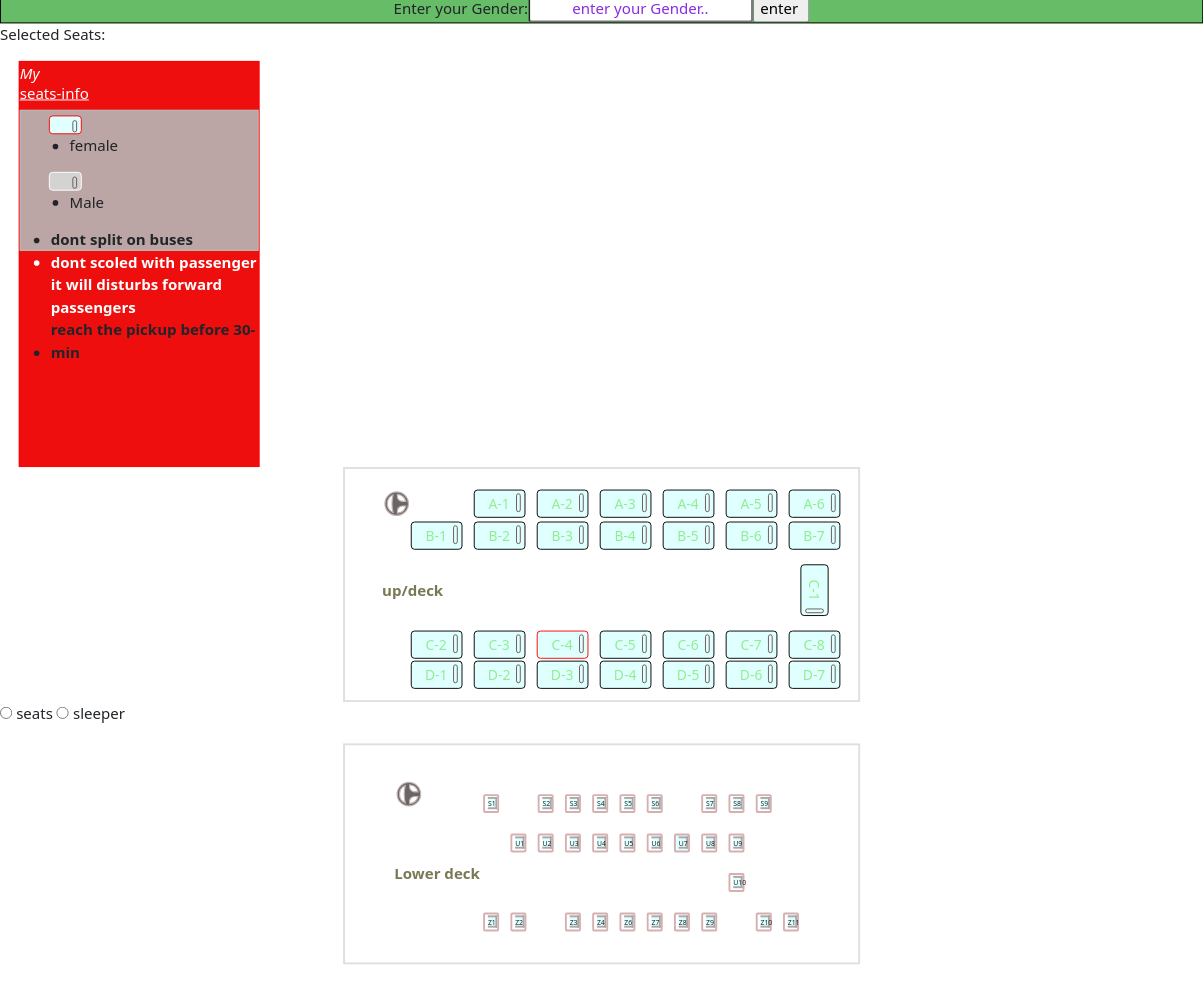
Repository: mohanmania/Redbus_Clone
Page: js-project/seat-selection/seats.html
The author's editor kept a copy of each file at every save. The page is drawn from the files as they stood at one save, then again after the next save.
The browser window is 1280 px wide. The pictures show the part of the page from y = 336 to 1382 px (the page is 1382 px tall), at 94% of full size.
A picture or video elsewhere on the page could not be fetched, so the positions and the page height are approximate.

Above is the page before, as saved 2025-01-23 16:05:00.

After the next save:
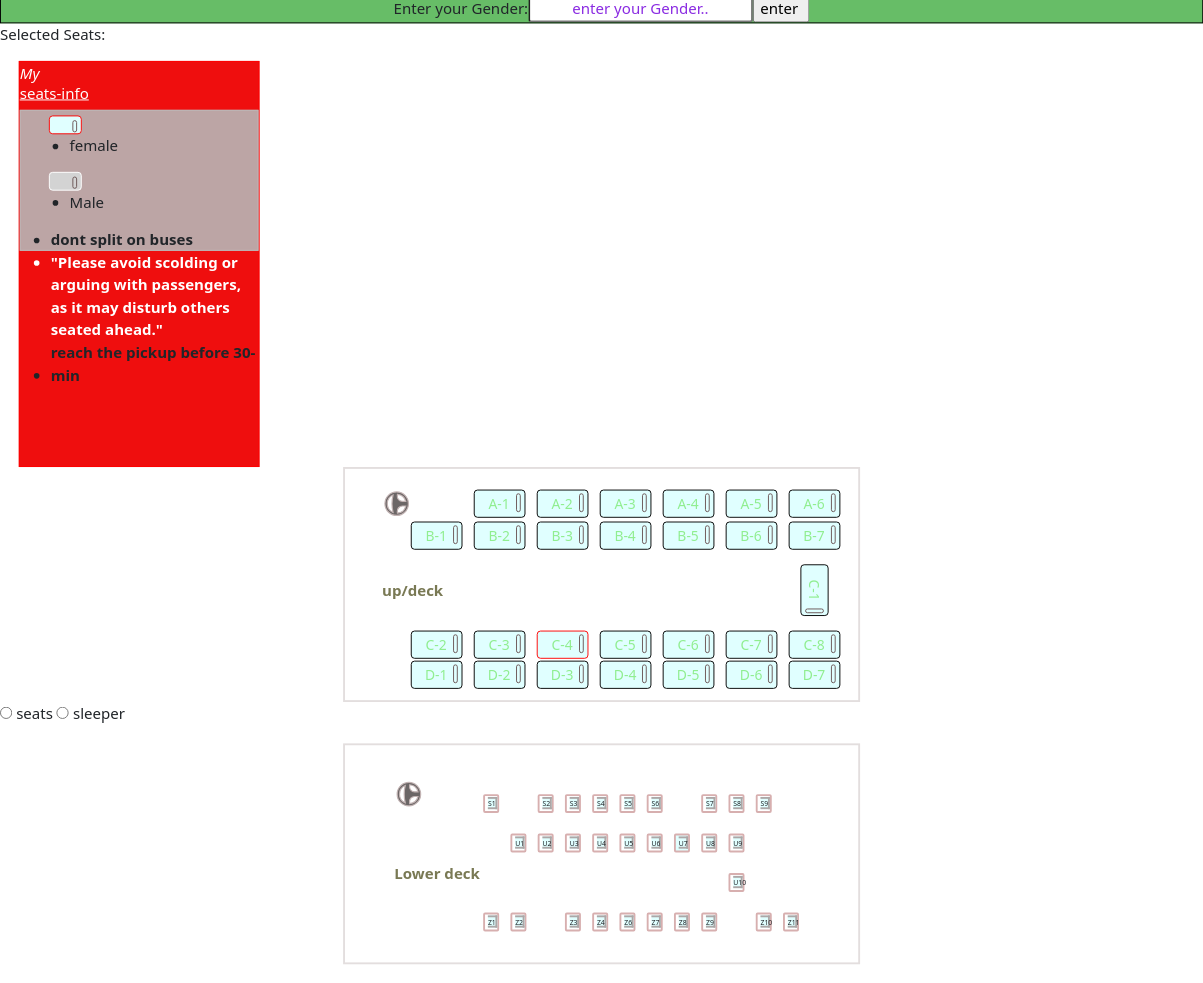
Saved 42 s later.
--- a/js-project/seat-selection/seats.html
+++ b/js-project/seat-selection/seats.html
@@ -325,7 +325,7 @@ input::placeholder {
             <li>dont split on buses </li>
         </strong>
         <li style="color: white;"><strong>
-            dont scoled with passenger it will disturbs  forward passengers
+            "Please avoid scolding or arguing with passengers, as it may disturb others seated ahead."
         </strong></li>
         <li>
             <strong>
